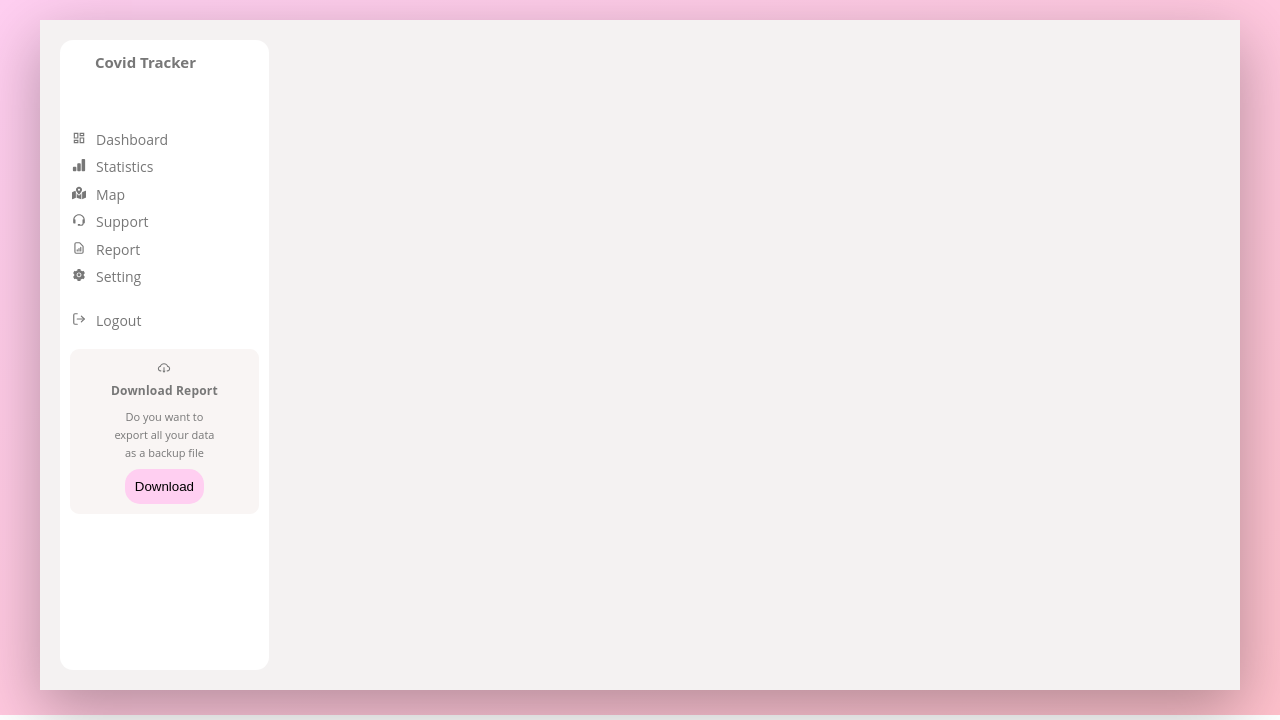
Repository: okidijimmy200/CovidAdminTracker
Page: /
The author's editor kept a copy of each file at every save. The page is drawn from the files as they stood at one save, then again after the next save.
The browser window is 1280 px wide. The pictures show the whole page.
The project was rebuilt for these pictures with package versions that can differ from the ones it lists, and the page was loaded fresh each time.

Above is the page before, as saved 2022-06-16 15:08:51.

### public/index.html
<!DOCTYPE html>
<html lang="en">
  <head>
    <meta charset="utf-8" />
    <link rel="icon" href="%PUBLIC_URL%/favicon.ico" />
    <meta name="viewport" content="width=device-width, initial-scale=1" />
    <meta name="theme-color" content="#000000" />
    <meta
      name="description"
      content="Web site created using create-react-app"
    />
    <link rel="apple-touch-icon" href="%PUBLIC_URL%/logo192.png" />
    <!--
      manifest.json provides metadata used when your web app is installed on a
      user's mobile device or desktop. See https://developers.google.com/web/fundamentals/web-app-manifest/
    -->
    <link rel="manifest" href="%PUBLIC_URL%/manifest.json" />
    <!--
      Notice the use of %PUBLIC_URL% in the tags above.
      It will be replaced with the URL of the `public` folder during the build.
      Only files inside the `public` folder can be referenced from the HTML.

      Unlike "/favicon.ico" or "favicon.ico", "%PUBLIC_URL%/favicon.ico" will
      work correctly both with client-side routing and a non-root public URL.
      Learn how to configure a non-root public URL by running `npm run build`.
    -->
    <title>Covid Admin Tracker</title>
  </head>
  <body>
    <noscript>You need to enable JavaScript to run this app.</noscript>
    <div id="root"></div>
    <!--
      This HTML file is a template.
      If you open it directly in the browser, you will see an empty page.

      You can add webfonts, meta tags, or analytics to this file.
      The build step will place the bundled scripts into the <body> tag.

      To begin the development, run `npm start` or `yarn start`.
      To create a production bundle, use `npm run build` or `yarn build`.
    -->
  </body>
</html>

### src/index.scss
:root {
  --color-primary:#eb2f64;
  --color-primary-light:#ffcff1;
  --color-primary-dark:#ffc1cc;
  --color-grey-light-1: #faf9f9;
  --color-grey-light-2: #f4f2f2;
  --color-grey-light-3: #f0eeee;
  --color-grey-light-4: #ccc;
  --color-grey-dark-1: #333;
  --color-grey-dark-2: #777;
  --color-grey-dark-3: #999;

  // creating variable for box
  --shadow-dark: 0 2rem 6rem rgba(0, 0, 0, 0.3);

  --shadow-light: 0 2rem 5rem rgba(0,0,0,.06);
}


* {
  margin: 0;
  padding: 0;
}
*,
*::before,
*::after {
  box-sizing: inherit;
}

html {
  box-sizing: border-box;
  font-size: 62.5%;

}

body {
  font-family: 'Open Sans', sans-serif;
  font-weight: 400;
  line-height: 1.6;
  color: var(--color-grey-dark-2);
  background-image: linear-gradient(to right bottom, var(--color-primary-light), var(--color-primary-dark));
  background-size: cover;
  background-repeat: no-repeat;
  min-height: 96.5vh;
}

### src/App.tsx
import React from 'react';
import Sidebar from './sidebar/sidebar';
import Content from './core/content';
import './App.scss';

function App() {
  return (
    <div data-testid='container' className="container">
      <div className="content">
      <Sidebar />
      <Content />
      </div>

    </div>
  );
}

export default App;

### src/sidebar/sidebar.tsx
import React from 'react'
import {MdOutlineDashboard  } from 'react-icons/md'
import { BsFillBarChartFill } from 'react-icons/bs'
import { FaMapMarkedAlt } from 'react-icons/fa'
import { BiSupport } from 'react-icons/bi'
import { HiOutlineDocumentReport } from 'react-icons/hi'
import { AiFillSetting } from 'react-icons/ai'
import { FiLogOut } from 'react-icons/fi'
import { AiOutlineCloudDownload } from 'react-icons/ai'

import './sidebar.scss'

export default function sidebar() {
  return (
    <>
    <nav className="sidebar">
        <h2 className='title'>Covid Tracker</h2>
        <div className='sidebar-flex'>
            <div>
            <ul className="side-nav">
            <li className="side-nav__item side-nav__item--active">
                <span className='side-nav__icon'><MdOutlineDashboard /></span>
                    <span>Dashboard</span>
            </li>
            <li className="side-nav__item">
                {/* <a href="#" class="side-nav__link"> */}
                    <span className="side-nav__icon">
                        <BsFillBarChartFill />
                        {/* <use xlink:href="img/spritspam#icon-aircraft-take-off"></use> */}
                    </span>
                    <span>Statistics</span>
                {/* </a> */}
            </li>
            <li className="side-nav__item">
                {/* <a href="#" class="side-nav__link"> */}
                    <span className="side-nav__icon">
                        <FaMapMarkedAlt />
                        {/* <use xlink:href="img/sprite.svg#icon-key"></use> */}
                    </span>
                    <span>Map</span>
                {/* </a> */}
            </li>
            <li className="side-nav__item">
                {/* <a href="#" className="side-nav__link"> */}
                    <span className="side-nav__icon">
                        {/* <use xlink:href="img/sprite.svg#icon-map"></use> */}
                        <BiSupport />
                    </span>
                    <span>Support</span>
                {/* </a> */}
            </li>
            <li className="side-nav__item">
                {/* <a href="#" className="side-nav__link"> */}
                    <span className="side-nav__icon">
                        {/* <use xlink:href="img/sprite.svg#icon-map"></use> */}
                        <HiOutlineDocumentReport />
                    </span>
                    <span>Report</span>
                {/* </a> */}
            </li>
            <li className="side-nav__item">
                {/* <a href="#" className="side-nav__link"> */}
                    <span className="side-nav__icon">
                        {/* <use xlink:href="img/sprite.svg#icon-map"></use> */}
                        <AiFillSetting />
                    </span>
                    <span>Setting</span>
                {/* </a> */}
            </li>
        </ul>
            </div>
            <div>
                <ul className="side-nav logout">
                <li className="side-nav__item">
                <span className="side-nav__icon">
                        <FiLogOut />
                    </span>
                <span>Logout</span>
            </li>
                </ul>

            </div>

        <div className="download">
            <div className='download__container'>
                <div className='download__mainIcon'>
                <span className="download__icon">
                <AiOutlineCloudDownload />
            </span>
                </div>
            <h2 className='title__download'>Download Report</h2>
                <p className='text'>Do you want to export all your data as a backup file</p>
            <button className='btn'>Download</button>
            </div>

        </div>
        </div>
    </nav>
</>
  )
}

### src/core/content.tsx
import React from 'react'

import './content.scss'

export default function Content() {
  return (
    <main className="hotel-view">
    </main>
  )
}

### src/App.scss
.container {
  max-width: 120rem;
  // centering in the view port
  margin: 2rem auto;
  background-color: var(--color-grey-light-2);
  // box-shadow:;
  box-shadow: var(--shadow-dark);

  // min height for testing
  // min-height: 60rem;

}

.content {
  display: flex;
  min-height: 93vh;
  padding: 2rem;
}

### src/sidebar/sidebar.scss

.sidebar {
    // styling the sidebar
    background-color: #fff;
    // flex property to define width, grow 0, shrink 0
    flex: 0 0 18%;
    // to create alot of space in the container for legal text
    border-radius: 1.3rem;
}

.side-nav {
    // adding font size
    font-size: 1.4rem;
    list-style: none;
    margin-top: 3.5rem;


   &__item {
       // parent element set to relative to element the hover effect
       position: relative;
       cursor: pointer;
       margin-left: 1.2rem;

       // to create space btn the items
       &:not(:last-child) {
           margin-bottom: .5rem;
       }
   }

   // this shd be visible only when we hover the item
   &__item:hover::before,
   // to make one of the li items initially highlighted
   &__item--active::before {
       width: 100%;
   }

   // to show the item as selected
   &__item:active::before {
       background-color: #fff;
   }


   &__link:link,
   &__link:visited {
    //    color: var(--color-grey-light-1);
       text-decoration: none;
       text-transform: uppercase;
       display: inline-block;
       padding: 1.5rem 3rem;
       // z-index only works with positioning
       position: relative;
       z-index: 10;
       // to align items in straight line
       display: flex;
       align-items: center;
   }

   &__icon {
       // reduce size of icons
       width: 1.75rem;
       height: 1.75rem;
       margin-right: 1rem;
       // current color is the color of the current element
       fill:currentColor;
   }
}
.logout {
    margin-top: 2.2rem;
    margin-bottom: 1.6rem;
}
.sidebar-flex {
    display: flex;
    flex-direction: column;
    height: 45rem;
}
.title {
    padding: 1rem 2rem 2rem 3.5rem;
}

.download {
    border-radius: .9rem;
    background-color: #F9F5F4;
    margin: 0 1rem;

    &__container {
        text-align: center;
        margin: 1rem 4rem;
    }

    &__icon {
        width: 1.75rem;
        height: 1.75rem;
        fill: currentColor;
    }

    &__mainIcon {
        font-size: 1.4rem;
    }
}
.title__download {
    font-size: 1.2rem;
    font-weight:bolder;
    letter-spacing: .2px;
    margin-bottom: .8rem;
}

.text {
    text-align: center;
    font-size: 1.1rem;
}

.btn {
    cursor: pointer;
    margin-top: .8rem;
    border-radius: 1.5rem;
    padding: 1rem;
    border-style: none;
    background-color:  var(--color-primary-light);;
}

### src/core/content.scss
.hotel-view {
    // background-color: #fff;
    // to make the hotel-view cover up the remaining space
    flex: 1;
    margin-left: 2rem;
}

Loaded but not shown: src/index.tsx (common file); src/reportWebVitals.ts (common file)

After the next save:
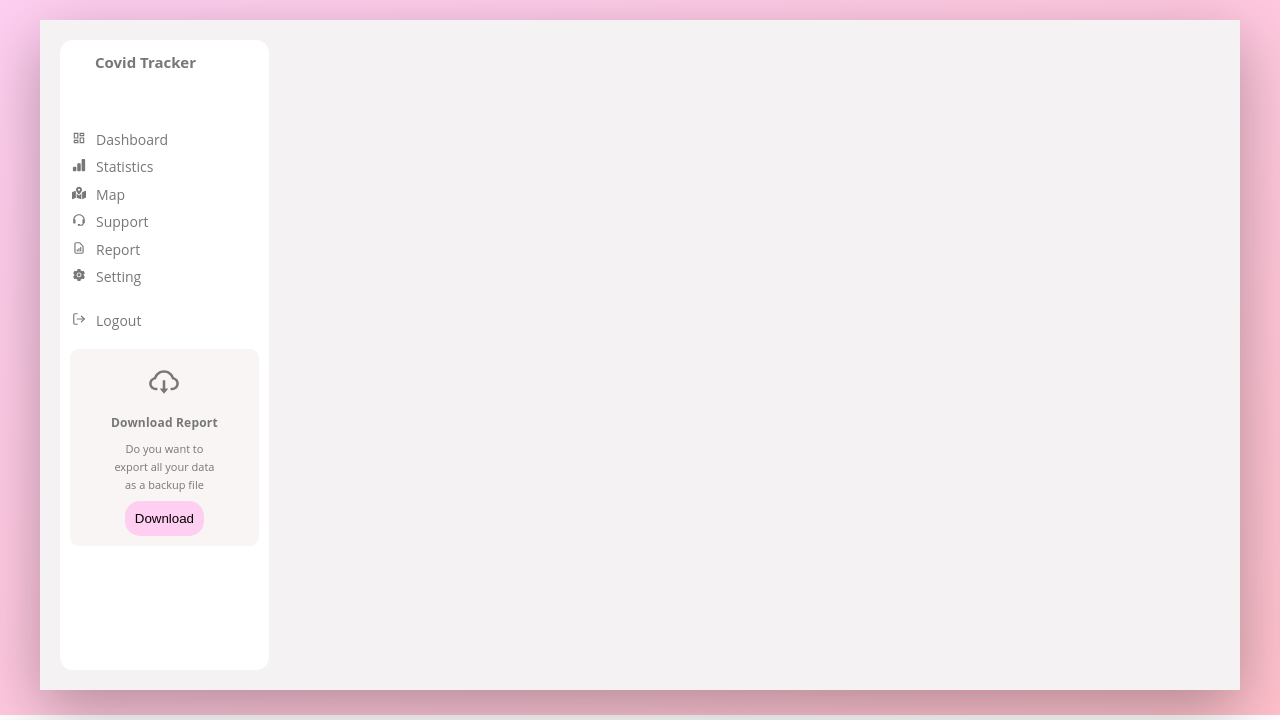
Saved 17 min 50 s later.
--- a/src/sidebar/sidebar.scss
+++ b/src/sidebar/sidebar.scss
@@ -94,7 +94,7 @@
     }
 
     &__mainIcon {
-        font-size: 1.4rem;
+        font-size: 3.4rem;
     }
 }
 .title__download {
